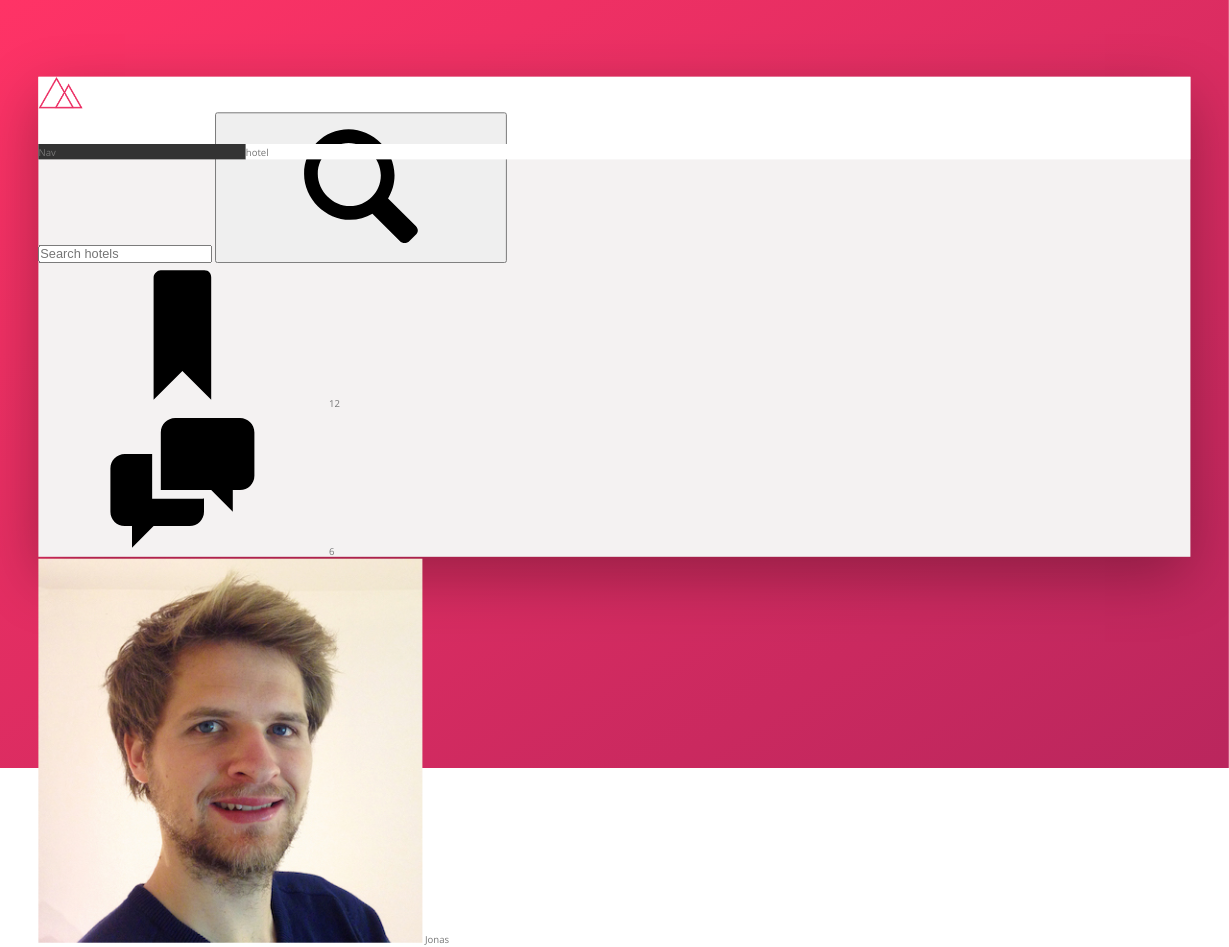
Repository: mohamediyas/flex_website
Page: index.html
An editor plug-in stored every save of this project. The page is shown before and after the next save, followed by the edit.
The browser window is 1280 px wide. The pictures show the whole page, at 96% of full size.
The style sheet was rebuilt from its Sass, Less or Tailwind sources for each picture, by a compiler version that may differ from the author's.

Above is the page before, as saved 2022-07-31 18:53:59.

### index.html
<!DOCTYPE html>
<html lang="en">
  <head>
    <meta charset="UTF-8" />
    <meta name="viewport" content="width=device-width, initial-scale=1.0" />
    <meta http-equiv="X-UA-Compatible" content="ie=edge" />

    <link
      href="https://fonts.googleapis.com/css?family=Open+Sans:300,400,600"
      rel="stylesheet"
    />
    <link rel="stylesheet" href="css/style.css" />
    <link rel="shortcut icon" type="image/png" href="img/favicon.png" />

    <title>nexter &mdash; your home, your freedom</title>
  </head>
  <body>
    <div class="container">
      <header class="header">
        <img src="img/logo.png" alt="trilio logo" class="logo" />
        <form action="#" class="search">
          <input
            type="text"
            class="search__input"
            placeholder="Search hotels"
          />
          <button class="search__button">
            <svg class="search__icon">
              <use xlink:href="img/sprite.svg#icon-magnifying-glass"></use>
            </svg>
          </button>
        </form>

        <nav class="user-nav">
          <div class="user-nav__icon-box">
            <svg class="user-nav__icon">
              <use xlink:href="img/sprite.svg#icon-bookmark"></use>
            </svg>
            <span class="user-nav__notification">12</span>
          </div>
          <div class="user-nav__icon-box">
            <svg class="user-nav__icon">
              <use xlink:href="img/sprite.svg#icon-chat"></use>
            </svg>
            <span class="user-nav__notification">6</span>
          </div>
          <div class="user-nav__user">
            <img
              src="img/user.jpg"
              alt="user image"
              class="user-nav__user-photo"
            />
            <span class="user-nav__user-name">Jonas</span>
          </div>
        </nav>
      </header>
      <div class="content">
        <nav class="sidebar">Nav</nav>
        <main class="hotel">hotel</main>
      </div>
    </div>
  </body>
</html>

### sass/_base.scss
// COLOR VARIABLES

:root {
  --color-primary: #eb2f64;
  --color-primary-light: #ff3366;
  --color-primary-dark: #ba265d;

  --color-grey-light-1: #faf9f9;
  --color-grey-light-2: #f4f2f2;
  --color-grey-light-3: #f0eeee;
  --color-grey-light-4: #ccc;

  --color-grey-dark-1: #333;
  --color-grey-dark-2: #777;
  --color-grey-dark-3: #999;

  --shadow-dark: 0 2rem 6rem rgba(0, 0, 0, 0.3);
  --shadow-light: 0 2rem 5rem rgba(0, 0, 0, 0.06);

  --line: 1px solid var(--color-grey-light-2);
}

* {
  margin: 0;
  padding: 0;
}

*,
*::after,
*::before {
  box-sizing: inherit;
}

html {
  box-sizing: border-box;
  font-size: 62.5%;
}

body {
  background-image: linear-gradient(
    to right bottom,
    var(--color-primary-light),
    var(--color-primary-dark)
  );
  font-family: "Open Sans", sans-serif;
  font-weight: 400;
  line-height: 1.6;
  background-size: cover;
  background-repeat: no-repeat;
  min-height: 100vh;
  color: var(--color-grey-dark-2);
}

### sass/_components.scss
.logo {
  height: 3.25rem;
}

.search {
  &__input {
  }

  &__button {
  }

  &__icon {
  }
}

.user-nav {
  &__icon-box {
  }

  &__icon {
  }

  &__notification {
  }

  &__user {
  }

  &__user-photo {
  }

  &__user-name {
  }
}

### sass/_layout.scss
.container {
  max-width: 120rem;
  margin: 8rem auto;
  background-color: var(--color-grey-light-2);
  box-shadow: var(--shadow-dark);
  min-height: 50rem;
}

.header {
  height: 7rem;
  background-color: #fff;
  border-bottom: var(--color-grey-light-2);
}

.content {
  display: flex;
}

.sidebar {
  background-color: var(--color-grey-dark-1);
  flex: 0 0 18%;
}

.hotel {
  background-color: #fff;
  flex: 1;
}

Loaded but not shown: sass/main.scss (common file)

After the next save:
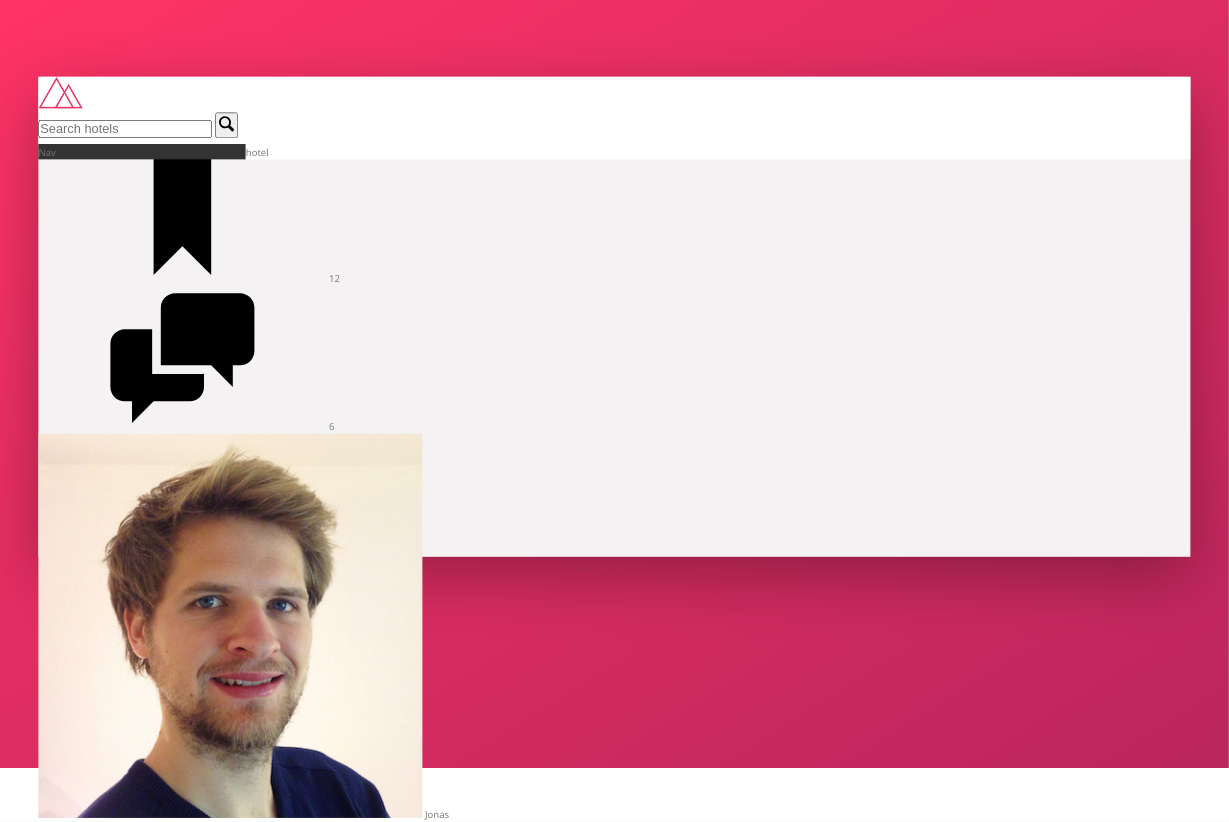
Saved 44 s later.
--- a/sass/_components.scss
+++ b/sass/_components.scss
@@ -10,6 +10,8 @@
   }
 
   &__icon {
+    height: 2rem;
+    width: 2rem;
   }
 }
 
